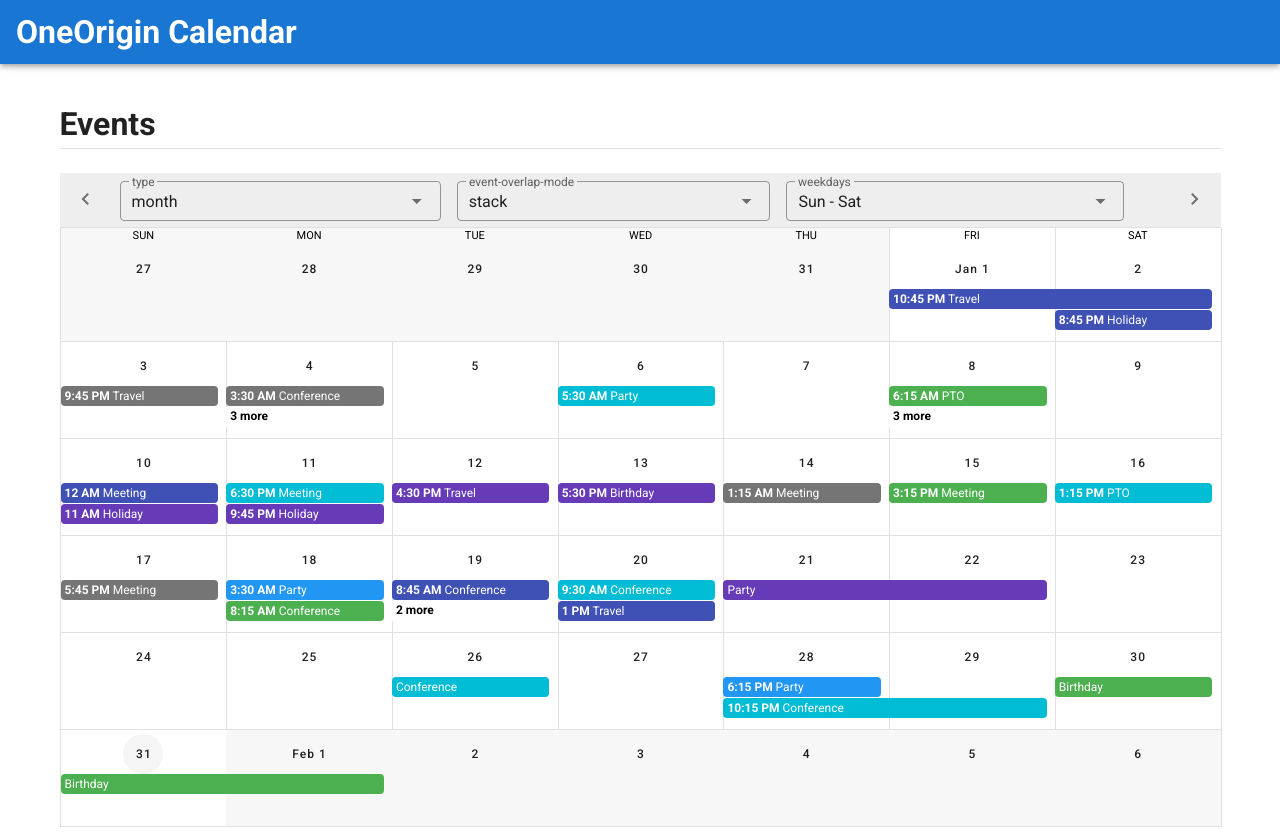
Repository: Shinobi247/OO-Calenda-events
Page: /
These files come from the project's save history. The page is drawn as it stood at one moment and after the next save; the edit follows.
The browser window is 1280 px wide. The pictures show the whole page.
The project was rebuilt for these pictures with package versions that can differ from the ones it lists, and the page was loaded fresh each time. Also part of the build but not shown: vue.config.js.

Above is the page before, as saved 2021-02-01 15:01:55.

### src/App.vue
<template>
  <v-app>
    <v-app-bar app color="primary" dark>
      <!-- <div class="d-flex align-center">
        <v-img
          alt="Vuetify Logo"
          class="shrink mr-2"
          contain
          src="https://cdn.vuetifyjs.com/images/logos/vuetify-logo-dark.png"
          transition="scale-transition"
          width="40"
        />

        <v-img
          alt="Vuetify Name"
          class="shrink mt-1 hidden-sm-and-down"
          contain
          min-width="100"
          src="https://cdn.vuetifyjs.com/images/logos/vuetify-name-dark.png"
          width="100"
        />
      </div> -->
      <h1>OneOrigin Calendar</h1>
      <v-spacer></v-spacer>

      <!-- <v-btn
        href="https://github.com/vuetifyjs/vuetify/releases/latest"
        target="_blank"
        text
      >
        <span class="mr-2">Latest Release</span>
        <v-icon>mdi-open-in-new</v-icon>
      </v-btn> -->
    </v-app-bar>

    <v-main>
      <br />
      <v-container>
        <h1>Events</h1>
        <v-divider></v-divider>
        <br />
        <Calendar />
      </v-container>
    </v-main>
  </v-app>
</template>

<script>
// import HelloWorld from './components/HelloWorld';
import Calendar from "./components/Calendar";

export default {
  name: "App",

  components: {
    // HelloWorld,
    Calendar,
  },

  data: () => ({
    //
  }),
};
</script>

### src/components/Calendar.vue
<template>
  <div>
    <v-sheet tile height="54" color="grey lighten-3" class="d-flex">
      <v-btn icon class="ma-2" @click="$refs.calendar.prev()">
        <v-icon>mdi-chevron-left</v-icon>
      </v-btn>
      <v-select
        v-model="type"
        :items="types"
        dense
        outlined
        hide-details
        class="ma-2"
        label="type"
      ></v-select>
      <v-select
        v-model="mode"
        :items="modes"
        dense
        outlined
        hide-details
        label="event-overlap-mode"
        class="ma-2"
      ></v-select>
      <v-select
        v-model="weekday"
        :items="weekdays"
        dense
        outlined
        hide-details
        label="weekdays"
        class="ma-2"
      ></v-select>
      <v-spacer></v-spacer>
      <v-btn icon class="ma-2" @click="$refs.calendar.next()">
        <v-icon>mdi-chevron-right</v-icon>
      </v-btn>
    </v-sheet>
    <v-sheet height="600">
      <v-calendar
        ref="calendar"
        v-model="value"
        :weekdays="weekday"
        :type="type"
        :events="events"
        :event-overlap-mode="mode"
        :event-overlap-threshold="30"
        :event-color="getEventColor"
        @change="getEvents"
      ></v-calendar>
    </v-sheet>
  </div>
</template>

<script>
export default {
  data: () => ({
    type: "month",
    types: ["month", "week", "day", "4day"],
    mode: "stack",
    modes: ["stack", "column"],
    weekday: [0, 1, 2, 3, 4, 5, 6],
    weekdays: [
      { text: "Sun - Sat", value: [0, 1, 2, 3, 4, 5, 6] },
      { text: "Mon - Sun", value: [1, 2, 3, 4, 5, 6, 0] },
      { text: "Mon - Fri", value: [1, 2, 3, 4, 5] },
      { text: "Mon, Wed, Fri", value: [1, 3, 5] },
    ],
    value: "",
    events: [],
    colors: [
      "blue",
      "indigo",
      "deep-purple",
      "cyan",
      "green",
      "orange",
      "grey darken-1",
    ],
    names: [
      "Meeting",
      "Holiday",
      "PTO",
      "Travel",
      "Event",
      "Birthday",
      "Conference",
      "Party",
    ],
  }),
  methods: {
    getEvents({ start, end }) {
      const events = [];

      const min = new Date(`${start.date}T00:00:00`);
      const max = new Date(`${end.date}T23:59:59`);
      const days = (max.getTime() - min.getTime()) / 86400000;
      const eventCount = this.rnd(days, days + 20);

      for (let i = 0; i < eventCount; i++) {
        const allDay = this.rnd(0, 3) === 0;
        const firstTimestamp = this.rnd(min.getTime(), max.getTime());
        const first = new Date(firstTimestamp - (firstTimestamp % 900000));
        const secondTimestamp = this.rnd(2, allDay ? 288 : 8) * 900000;
        const second = new Date(first.getTime() + secondTimestamp);

        events.push({
          name: this.names[this.rnd(0, this.names.length - 1)],
          start: first,
          end: second,
          color: this.colors[this.rnd(0, this.colors.length - 1)],
          timed: !allDay,
        });
      }

      this.events = events;
    },
    getEventColor(event) {
      return event.color;
    },
    rnd(a, b) {
      return Math.floor((b - a + 1) * Math.random()) + a;
    },
  },
};
</script>

<style>
</style>

Loaded but not shown: public/index.html (common file); src/main.js (common file); src/plugins/vuetify.js (common file)

After the next save:
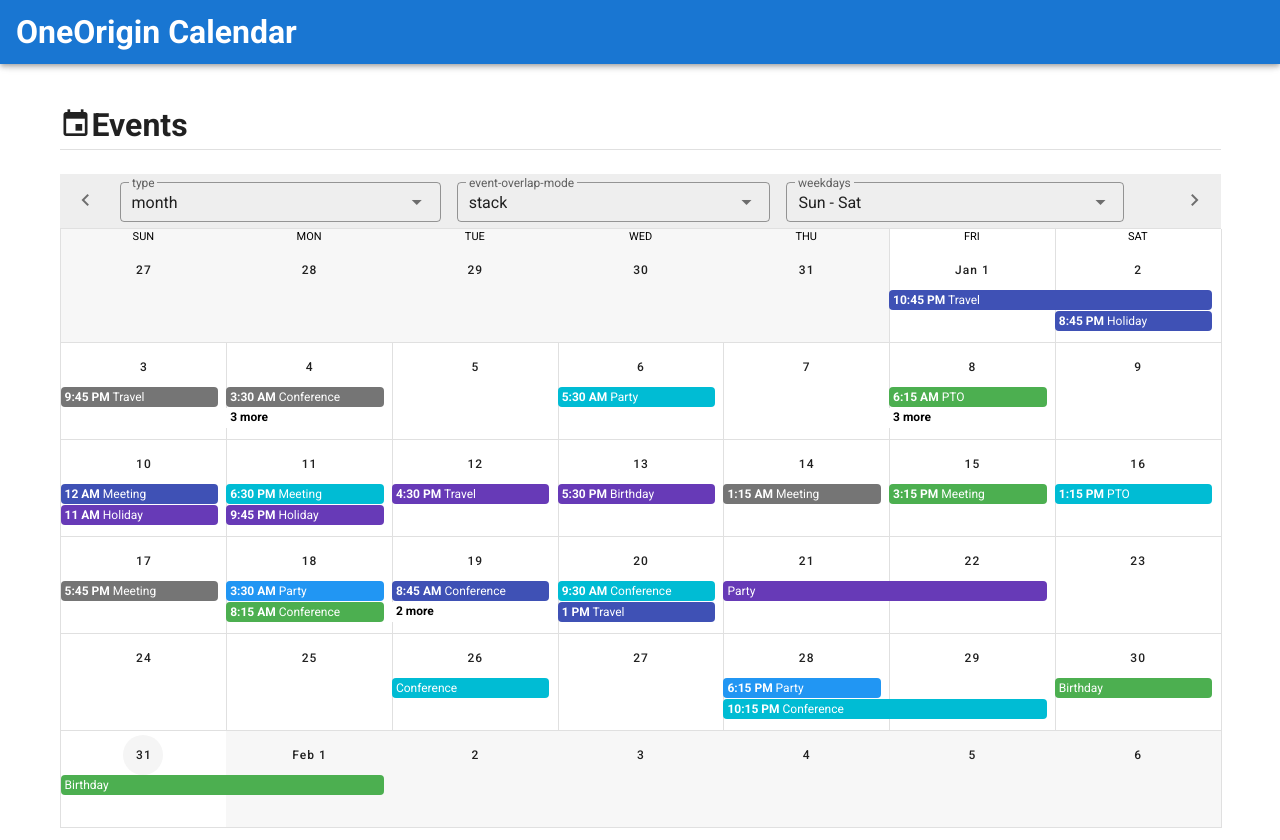
Saved 2 min 24 s later.
--- a/src/App.vue
+++ b/src/App.vue
@@ -36,7 +36,7 @@
     <v-main>
       <br />
       <v-container>
-        <h1>Events</h1>
+        <h1><i class="mdi mdi-calendar"></i>Events</h1>
         <v-divider></v-divider>
         <br />
         <Calendar />
